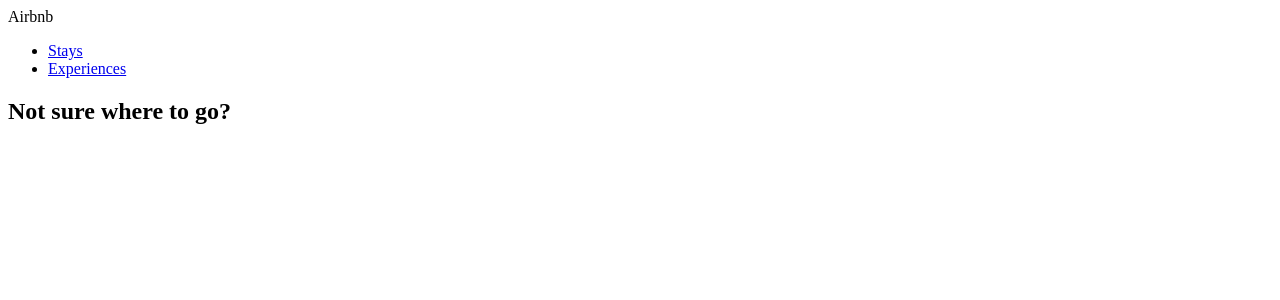
Repository: rmdayberry/Airbnb-Clone
Page: index.html
An editor plug-in stored every save of this project. The page is shown before and after the next save, followed by the edit.
The browser window is 1280 px wide. The pictures show the whole page.

Above is the page before, as saved 2024-08-13 13:32:52.

After the next save:
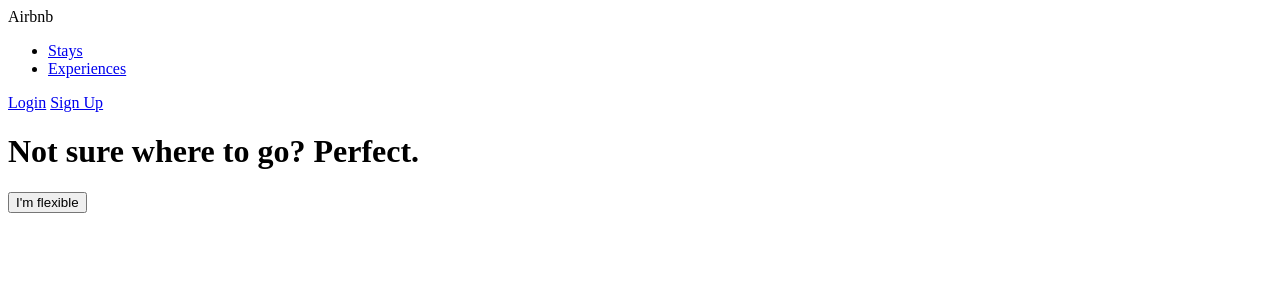
Saved 4 min 45 s later.
--- a/index.html
+++ b/index.html
@@ -14,11 +14,19 @@
         <li><a href="#">Stays</a></li>
         <li><a href="#">Experiences</a></li>
       </ul>
-      <div class="hero">
-        <div class="hero-content">
-          <h1>Not sure where to go?</h1>
-        </div>
+      <div class="user-options">
+        <a href="#">Login</a>
+        <a href="#">Sign Up</a>
       </div>
     </nav>
+
+    <!-- Hero Section -->
+
+    <header class="hero">
+      <div class="hero-content">
+        <h1>Not sure where to go? Perfect.</h1>
+        <button class="cta-button">I'm flexible</button>
+      </div>
+    </header>
   </body>
 </html>
